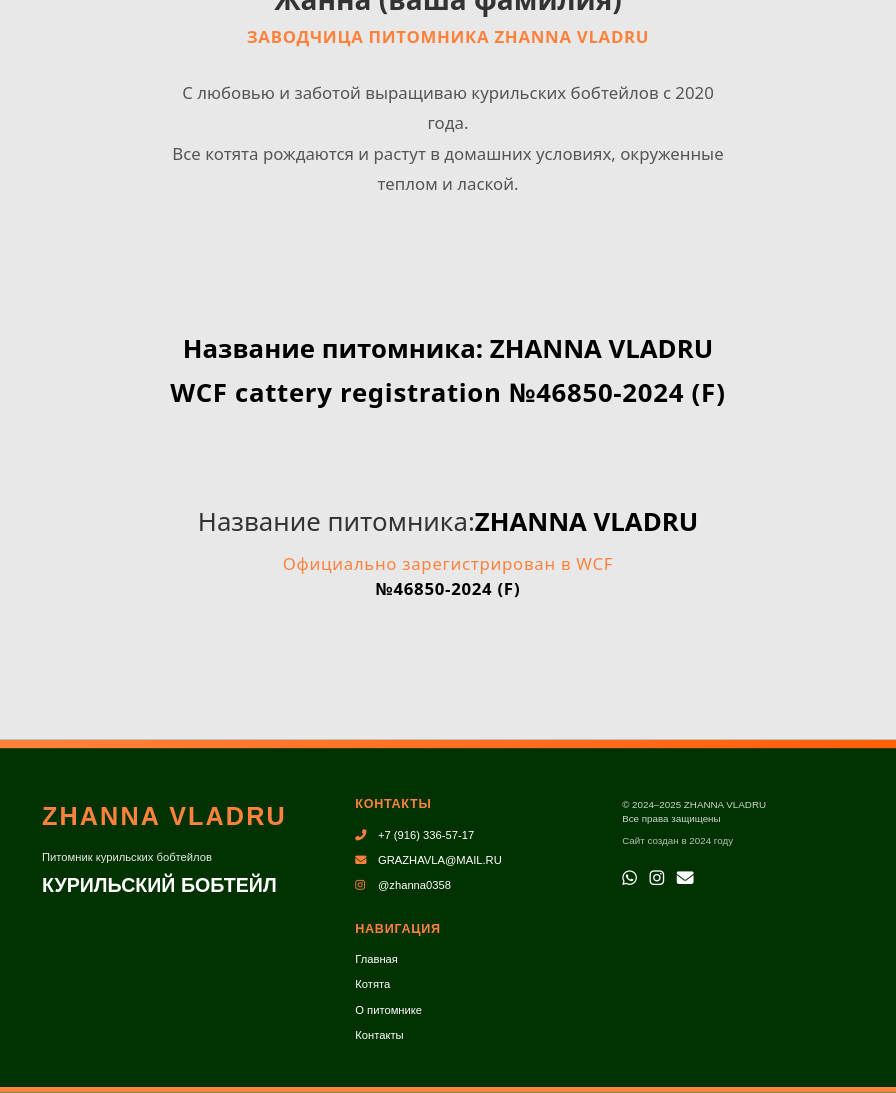
Repository: uliana007/Kuril-bobtails
Page: pages/benefits.html
The author's editor kept a copy of each file at every save. The page is drawn from the files as they stood at one save, then again after the next save.
The browser window is 1280 px wide. The pictures show the part of the page from y = 1077 to 2997 px (the page is 2638 px tall before and 2997 px after), at 70% of full size.
A picture or video elsewhere on the page could not be fetched, so the positions and the page height are approximate.

Above is the page before, as saved 2025-11-27 19:38:18.
Console error: TypeError: Cannot read properties of null (reading 'addEventListener')

### pages/benefits.html
<!DOCTYPE html>
<html lang="ru">
<head>
    <meta charset="UTF-8">
    <meta name="viewport" content="width=device-width, initial-scale=1.0">
   <title>О питомнике курильских бобтейлов — название питомника и сертификат</title>
<meta name="description" content="История питомника курильских бобтейлов — ZHANNA VLADRU, наши достижения и преимущества породы.  Узнайте, почему стоит выбрать курильского бобтейла.">

    <!-- Подключение Bootstrap -->
    <link href="https://cdn.jsdelivr.net/npm/bootstrap@5.3.0/dist/css/bootstrap.min.css" rel="stylesheet">
    <!-- Подключение стилей -->
    <link rel="stylesheet" href="/style/benefits.css">
    <link rel="stylesheet" href="/style/footer.css">
    <link rel="stylesheet" href="/index.html">
    <link rel="stylesheet" href="./Kittens.html">
    <link rel="stylesheet" href="./benefits.html">
    <link rel="stylesheet" href="./contacts.html">
    <link rel="icon" href="/image/icon/favicon-16x16.png" sizes="16x16" type="image/png">
    <link rel="icon" href="/image/icon/favicon-120x120.png" sizes="120x120" type="image/png">
    <link rel="stylesheet" href="https://cdnjs.cloudflare.com/ajax/libs/font-awesome/6.5.0/css/all.min.css" integrity="sha512-..." crossorigin="anonymous" referrerpolicy="no-referrer" />

</head>
<body>
 <!-- Навигационная панель -->
 <header>
    <nav class="navbar navbar-expand-lg navbar-dark bg-success fixed-top">
        <div class="container-fluid">
            <a class="navbar-brand" href="#"></a>
            <button class="navbar-toggler" type="button" data-bs-toggle="collapse" data-bs-target="#navbarNav" aria-controls="navbarNav" aria-expanded="false" aria-label="Toggle navigation">
                <span class="navbar-toggler-icon"></span>
            </button>
            <div class="collapse navbar-collapse" id="navbarNav">
                <ul class="navbar-nav me-auto mb-2 mb-lg-0">
                    <li class="nav-item">
                        <a class="nav-link" href="/index.html">Главная</a>
                    </li>
                    <li class="nav-item">
                        <a class="nav-link" href="/pages/Kittens.html">Котята</a>
                    </li>
                    <li class="nav-item">
                        <a class="nav-link" href="/pages/benefits.html">О питомнике</a>
                    </li>
                    <li class="nav-item">
                        <a class="nav-link" href="/pages/contacts.html">Контакты</a>
                    </li>
                </ul>
                <div class="d-flex phone-social">
                    <span class="phone-number">+7 916 336 57 17</span>
                    <div class="social-icons">
                        <!-- WhatsApp -->
                        <a href="https://wa.me/+79163365717" class="me-2" target="_blank">
                            <img src="/image/icon/whatsapp.png" alt="WhatsApp">
                        </a>
                        <!-- Instagram for Mobile App Only -->
                        <a href="instagram://user?username=zhanna0358" class="me-2">
                        <img src="/image/icon/instagram.png" alt="Instagram">
                        </a>
                        <!-- Email -->
                        <a href="mailto:GRAZHAVLA@MAIL.RU">
                            <img src="/image/icon/email.png" alt="Email">
                        </a>
                    </div>

                </div>
            </div>
        </div>
    </nav>
</header>

<!-- Бегущая строка -->
<div class="marquee-container mt-5">
    <div class="marquee">
        <!-- Дублируем содержимое для непрерывности -->
        <div class="marquee-content">
            <span class="marquee-item">
                <img src="/image/icon/cat.png" alt="Иконка лапки" class="marquee-icon">
                ПОМЕТ 2024
            </span>
        <span class="marquee-item">
            <img src="/image/icon/cat.png" alt="Иконка лапки" class="marquee-icon">
            ПОМЕТ 2024
        </span>
        <span class="marquee-item">
            <img src="/image/icon/cat.png" alt="Иконка лапки" class="marquee-icon">
            ПОМЕТ 2024
        </span>
        <span class="marquee-item">
            <img src="/image/icon/cat.png" alt="Иконка лапки" class="marquee-icon">
            ПОМЕТ 2024
        </span>
        <span class="marquee-item">
            <img src="/image/icon/cat.png" alt="Иконка лапки" class="marquee-icon">
            ПОМЕТ 2024
        </span>
    </div>
    <div class="marquee-content">
        <span class="marquee-item">
            <img src="/image/icon/cat.png" alt="Иконка лапки" class="marquee-icon">
            ПОМЕТ 2024
        </span>
        <span class="marquee-item">
            <img src="/image/icon/cat.png" alt="Иконка лапки" class="marquee-icon">
            ПОМЕТ 2024
        </span>
        <span class="marquee-item">
            <img src="/image/icon/cat.png" alt="Иконка лапки" class="marquee-icon">
            ПОМЕТ 2024
        </span>
        <span class="marquee-item">
            <img src="/image/icon/cat.png" alt="Иконка лапки" class="marquee-icon">
            ПОМЕТ 2024
        </span>
        <span class="marquee-item">
            <img src="/image/icon/cat.png" alt="Иконка лапки" class="marquee-icon">
            ПОМЕТ 2024
        </span>
        <span class="marquee-item">
            <img src="/image/icon/cat.png" alt="Иконка лапки" class="marquee-icon">
            ПОМЕТ 2024
        </span>
        <span class="marquee-item">
            <img src="/image/icon/cat.png" alt="Иконка лапки" class="marquee-icon">
            ПОМЕТ 2024
        </span>
        <span class="marquee-item">
            <img src="/image/icon/cat.png" alt="Иконка лапки" class="marquee-icon">
            ПОМЕТ 2024
        </span>
        <span class="marquee-item">
            <img src="/image/icon/cat.png" alt="Иконка лапки" class="marquee-icon">
            ПОМЕТ 2024
        </span>
        <span class="marquee-item">
            <img src="/image/icon/cat.png" alt="Иконка лапки" class="marquee-icon">
            ПОМЕТ 2024
        </span>
        <span class="marquee-item">
            <img src="/image/icon/cat.png" alt="Иконка лапки" class="marquee-icon">
            ПОМЕТ 2024
        </span>
        <span class="marquee-item">
            <img src="/image/icon/cat.png" alt="Иконка лапки" class="marquee-icon">
            ПОМЕТ 2024
        </span>
        <span class="marquee-item">
            <img src="/image/icon/cat.png" alt="Иконка лапки" class="marquee-icon">
            ПОМЕТ 2024
        </span>
        <span class="marquee-item">
            <img src="/image/icon/cat.png" alt="Иконка лапки" class="marquee-icon">
            ПОМЕТ 2024
        </span>
        <span class="marquee-item">
            <img src="/image/icon/cat.png" alt="Иконка лапки" class="marquee-icon">
            ПОМЕТ 2024
        </span>
        <span class="marquee-item">
            <img src="/image/icon/cat.png" alt="Иконка лапки" class="marquee-icon">
            ПОМЕТ 2024
        </span>
        <span class="marquee-item">
            <img src="/image/icon/cat.png" alt="Иконка лапки" class="marquee-icon">
            ПОМЕТ 2024
        </span>
    </div>
</div>
</div>

<main>
   <!-- секция преимущества -->
<section id="advantages" class="advantages-section">
    <h2 class="text-center">
        <span style="color: black;">О питомнике</span>
    </h2>

<!-- Секция с фото заводчицы -->
<section class="breeder-section">
    <div class="container">
        <div class="breeder-photo-wrapper">
            <img src="/image/new-image2025/breeder.jpeg" alt="Заводчица питомника ZHANNA VLADRU" class="breeder-photo">
        </div>
        <div class="breeder-info text-center">
            <h3 class="breeder-name">Жанна (ваша фамилия)</h3>
            <p class="breeder-title">Заводчица питомника ZHANNA VLADRU</p>
            <p class="breeder-text">
                С любовью и заботой выращиваю курильских бобтейлов с 2020 года.<br>
                Все котята рождаются и растут в домашних условиях, окруженные теплом и лаской.
            </p>
        </div>
    </div>
</section>

<br>
<br>
<br>

<!-- Секция: Информация о питомнике (уникальная, без конфликтов) -->
<section id="cattery-info" class="cattery-info-section">
    <div class="container">
        <h2 class="cattery-title text-center">
          <strong>  Название питомника: ZHANNA VLADRU</strong>
        </h2>
        <h2 class="cattery-registration text-center">
            <strong>WCF cattery registration №46850-2024 (F)</strong>
        </h2>
    </div>
</section>

<!-- Секция сертификата -->
<!-- Официальная информация -->
    <section class="cattery-info-section">
        <div class="container text-center">
            <h2 class="cattery-title">
                Название питомника: <strong>ZHANNA VLADRU</strong>
            </h2>
            <p class="cattery-registration">
                Официально зарегистрирован в WCF<br>
                <strong>№46850-2024 (F)</strong>
            </p>
        </div>
    </section>
<br>
<br>
<!-- <br>
<br>
    <p class="text-center description-text">У котят родители ежегодно участвуют в выставках и <br>имеют награды, все наши котята имеют сертификацию <br>и все прививки.</p>
    <div class="advantages-grid">
        <div class="advantage-item" style="--p-left: -17px;">
            <img src="/image/icon/number-1.png" alt="Иконка 1" class="advantage-icon">
            <div class="advantage-text">
                <h3>Здоровые котята</h3>
                <p><span class="line-1">Все котята имеют сертификаты </span><br>
                   <span class="line-2">здоровья и прививки.</span></p>
            </div>
        </div>
        <div class="advantage-item" style="--p-left: -29px;">
            <img src="/image/icon/number-2.png" alt="Иконка 2" class="advantage-icon">
            <div class="advantage-text">
                <h3>Награды родителей</h3>
                <p><span class="line-1">Родители котят — призёры</span><br>
                   <span class="line-2">международных выставок.</span></p>
            </div>
        </div>
        <div class="advantage-item" style="--p-left: -2px;">
            <img src="/image/icon/number-3.png" alt="Иконка 3" class="advantage-icon">
            <div class="advantage-text">
                <h3>Гарантия качества</h3>
                <p><span class="line-1">Мы гарантируем высокое качество</span><br>
                   <span class="line-2">и уход за нашими питомцами.</span></p>
            </div>
        </div>
    </div>
    <br>
    <br>
    <br>
</section> -->

<!-- Здесь был старый футер — удаляем его полностью -->
</section>
    <div id="footer-placeholder"></div>
    <script>
        fetch('/footer.html')
            .then(response => response.text())
            .then(data => {
                document.getElementById('footer-placeholder').outerHTML = data;
            });
    </script>


<!-- Подключение Bootstrap JS -->
<script src="https://cdn.jsdelivr.net/npm/bootstrap@5.3.0/dist/js/bootstrap.bundle.min.js"></script>
<script src="/script.js"></script>
</body>
</html>

### style/footer.css
/* ====================== FOOTER ====================== */
.site-footer {
    margin-top: 0;
    font-family: 'Arial', sans-serif;
    color: #fff;
    background-color:  #023202;
    overflow: hidden;
}

.footer-top-strip {
    height: 12px;
    background: linear-gradient(to right, #ff823c 0%, #ff5e0a 100%);
}

.footer-bottom-strip {
    height: 8px;
    background: #ff823c;
}

/* Основной контейнер */
.footer-container {
    max-width: 1200px;
    margin: 0 auto;
    padding: 70px 20px 50px;
    display: grid;
    grid-template-columns: 1.2fr 1fr 1fr;
    gap: 50px;
    align-items: start;
}

/* Левая часть — логотип */
.footer-logo { margin-bottom: 20px; }
.logo-text {
    font-size: 36px;
    font-weight: 900;
    letter-spacing: 3px;
    color: #ff823c;
    text-transform: uppercase;
}
.footer-subtitle {
    font-size: 16px;
    opacity: 0.9;
    margin: 8px 0;
}
.footer-title {
    font-size: 28px;
    font-weight: 700;
    margin: 12px 0 0;
    line-height: 1.2;
}

/* Заголовки */
.footer-heading {
    font-size: 18px;
    font-weight: 700;
    margin-bottom: 20px;
    color: #ff823c;
    text-transform: uppercase;
    letter-spacing: 1px;
}

/* Отступ между "Контакты" и "Навигация" */
.footer-nav-title {
    margin-top: 40px; /* ← вот этот отступ ты просила */
}

/* Списки */
.footer-contacts,
.footer-nav {
    list-style: none;
    padding: 0;
    margin: 0;
}
.footer-contacts li,
.footer-nav li {
    margin-bottom: 12px;
    font-size: 16px;
}
.footer-contacts a,
.footer-nav a {
    color: #fff;
    text-decoration: none;
    transition: color 0.3s;
}
.footer-contacts a:hover,
.footer-nav a:hover {
    color: #ff823c;
}
.footer-contacts i {
    width: 20px;
    color: #ff823c;
    margin-right: 8px;
}

/* Копирайт и иконки соцсетей */
.footer-copyright {
    font-size: 14px;
    line-height: 1.5;
    opacity: 0.8;
    margin-bottom: 10px;
}
.footer-made {
    font-size: 14px;
    opacity: 0.7;
    margin-bottom: 25px;
}

/* Соцсети внизу справа */
.footer-socials {
    display: flex;
    gap: 18px;
    justify-content: flex-start;
}
.social-icon {
    color: #fff;
    font-size: 24px;
    transition: all 0.3s ease;
}
.social-icon:hover {
    color: #ff823c;
    transform: translateY(-3px);
}

/* ====================== АДАПТИВНОСТЬ ====================== */
@media (max-width: 992px) {
    .footer-container {
        grid-template-columns: 1fr 1fr;
        gap: 40px;
    }
    .footer-right {
        grid-column: 1 / -1;
        text-align: center;
    }
    .footer-socials {
        justify-content: center;
    }
}

@media (max-width: 768px) {
    .footer-container {
        grid-template-columns: 1fr;
        text-align: center;
        gap: 50px;
    }
    .footer-left,
    .footer-center,
    .footer-right {
        text-align: center;
    }
    .logo-text { font-size: 30px; }
    .footer-title { font-size: 24px; }
    .footer-nav-title { margin-top: 35px; }
    .footer-socials { justify-content: center; }
}

@media (max-width: 480px) {
    .footer-container { padding: 50px 15px 40px; }
    .logo-text { font-size: 26px; }
    .social-icon { font-size: 22px; }
}

### footer.html
<!-- footer.html — общий футер с Font Awesome иконками -->
<footer class="site-footer">
    <div class="footer-top-strip"></div>

    <div class="footer-container">
        <!-- Левая часть — логотип и название питомника -->
        <div class="footer-left">
            <div class="footer-logo">
                <span class="logo-text">ZHANNA VLADRU</span>
            </div>
            <p class="footer-subtitle">Питомник курильских бобтейлов</p>
            <p class="footer-title">КУРИЛЬСКИЙ БОБТЕЙЛ</p>
        </div>

        <!-- Центральная часть — контакты и навигация -->
        <div class="footer-center">
            <h3 class="footer-heading">Контакты</h3>
            <ul class="footer-contacts">
                <li><i class="fas fa-phone-alt"></i> <a href="tel:+79163365717">+7 (916) 336-57-17</a></li>
                <li><i class="fas fa-envelope"></i> <a href="mailto:GRAZHAVLA@MAIL.RU">GRAZHAVLA@MAIL.RU</a></li>
                <li><i class="fab fa-instagram"></i> <a href="https://instagram.com/zhanna0358" target="_blank">@zhanna0358</a></li>
            </ul>

            <h3 class="footer-heading footer-nav-title">Навигация</h3>
            <ul class="footer-nav">
                <li><a href="/index.html">Главная</a></li>
                <li><a href="/pages/Kittens.html">Котята</a></li>
                <li><a href="/pages/benefits.html">О питомнике</a></li>
                <li><a href="/pages/contacts.html">Контакты</a></li>
            </ul>
        </div>

        <!-- Правая часть — копирайт + иконки соцсетей (Font Awesome) -->
        <div class="footer-right">
            <p class="footer-copyright">
                © 2024–2025 ZHANNA VLADRU<br>
                Все права защищены
            </p>
            <p class="footer-made">Сайт создан в 2024 году</p>

            <div class="footer-socials">
                <!-- WhatsApp -->
                <a href="https://wa.me/+79163365717" target="_blank" class="social-icon" aria-label="WhatsApp">
                    <i class="fab fa-whatsapp"></i>
                </a>

                <!-- Instagram — умная ссылка (приложение на мобильных, сайт на ПК) -->
                <a href="#" id="instagram-footer-link" class="social-icon" aria-label="Instagram">
                    <i class="fab fa-instagram"></i>
                </a>

                <!-- Email -->
                <a href="mailto:GRAZHAVLA@MAIL.RU" class="social-icon" aria-label="Email">
                    <i class="fas fa-envelope"></i>
                </a>
            </div>
        </div>
    </div>

    <div class="footer-bottom-strip"></div>
</footer>

<!-- Умная ссылка для Instagram (точно как у тебя в шапке) -->
<script>
    const isMobile = /iPhone|iPad|iPod|Android/i.test(navigator.userAgent);
    const instagramLink = document.getElementById('instagram-footer-link');
    if (instagramLink) {
        instagramLink.href = isMobile
            ? "instagram://user?username=zhanna0358"
            : "https://www.instagram.com/zhanna0358";
    }
</script>

Loaded but not shown: script/script.js (7 lines, source omitted); pages/Kittens.html (672 lines, source omitted); index.html (577 lines, source omitted); style/benefits.css (601 lines, source omitted); pages/contacts.html (227 lines, source omitted)

After the next save:
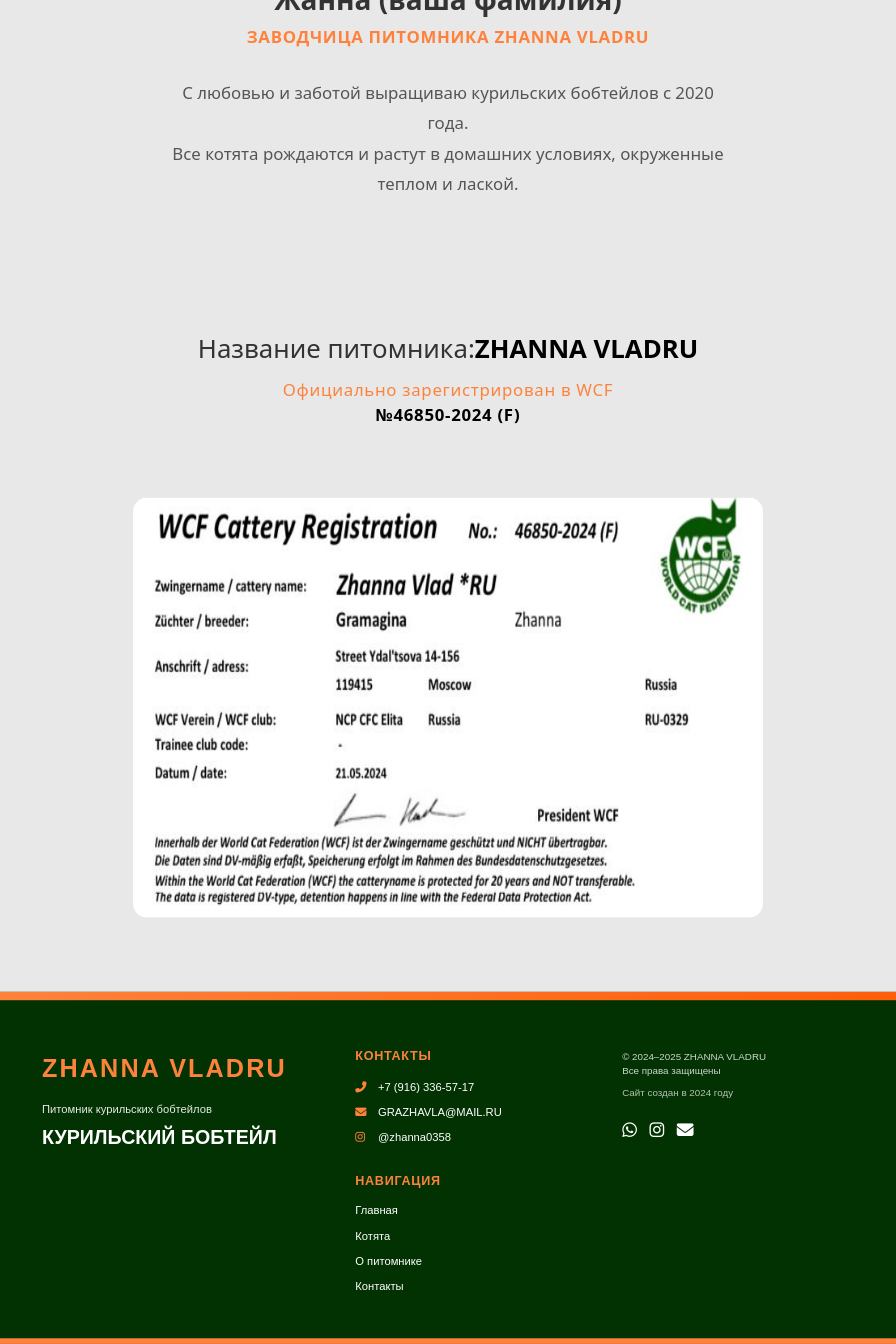
Saved 16 s later.
--- a/pages/benefits.html
+++ b/pages/benefits.html
@@ -194,19 +194,6 @@
 <br>
 <br>
 
-<!-- Секция: Информация о питомнике (уникальная, без конфликтов) -->
-<section id="cattery-info" class="cattery-info-section">
-    <div class="container">
-        <h2 class="cattery-title text-center">
-          <strong>  Название питомника: ZHANNA VLADRU</strong>
-        </h2>
-        <h2 class="cattery-registration text-center">
-            <strong>WCF cattery registration №46850-2024 (F)</strong>
-        </h2>
-    </div>
-</section>
-
-<!-- Секция сертификата -->
 <!-- Официальная информация -->
     <section class="cattery-info-section">
         <div class="container text-center">
@@ -219,6 +206,21 @@
             </p>
         </div>
     </section>
+
+<!-- Секция сертификата -->
+<section id="kittens" class="kittens-section">
+
+    <div class="container text-center">
+        <div class="kitten-card">
+            <div class="kitten-image">
+                <img src="/image/sertification.jpg" alt="сертификат">
+            </div>
+            <div class="kitten-info">
+                <h5 class="kitten-title mama-underline"></h5>
+            </div>
+        </div>
+    </div>
+</section>
 <br>
 <br>
 <!-- <br>
